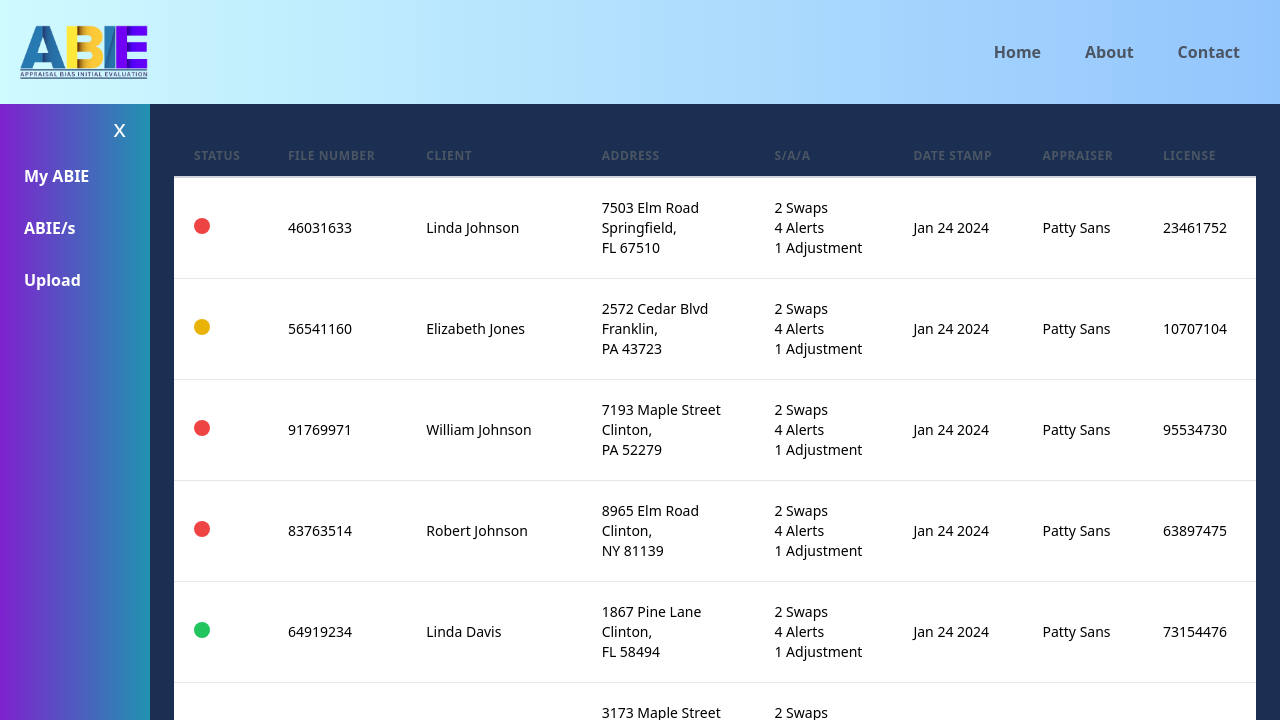
Repository: WafulaLukorito/Abie-frontend
Page: /dashboard
These files come from the project's save history. The page is drawn as it stood at one moment and after the next save; the edit follows.
The browser window is 1280 px wide. The pictures show the whole page.
An inner scrolling area shows only its first screen. The project was rebuilt for these pictures with package versions that can differ from the ones it lists, and the page was loaded fresh each time. Also part of the build but not shown: vite.config.js, src/components/Header/Button.jsx, src/components/Header/Links.jsx, src/components/Header/index.jsx, src/pages/Home.jsx, src/pages/About.jsx.

Above is the page before, as saved 2024-01-26 18:52:59.

After the next save:
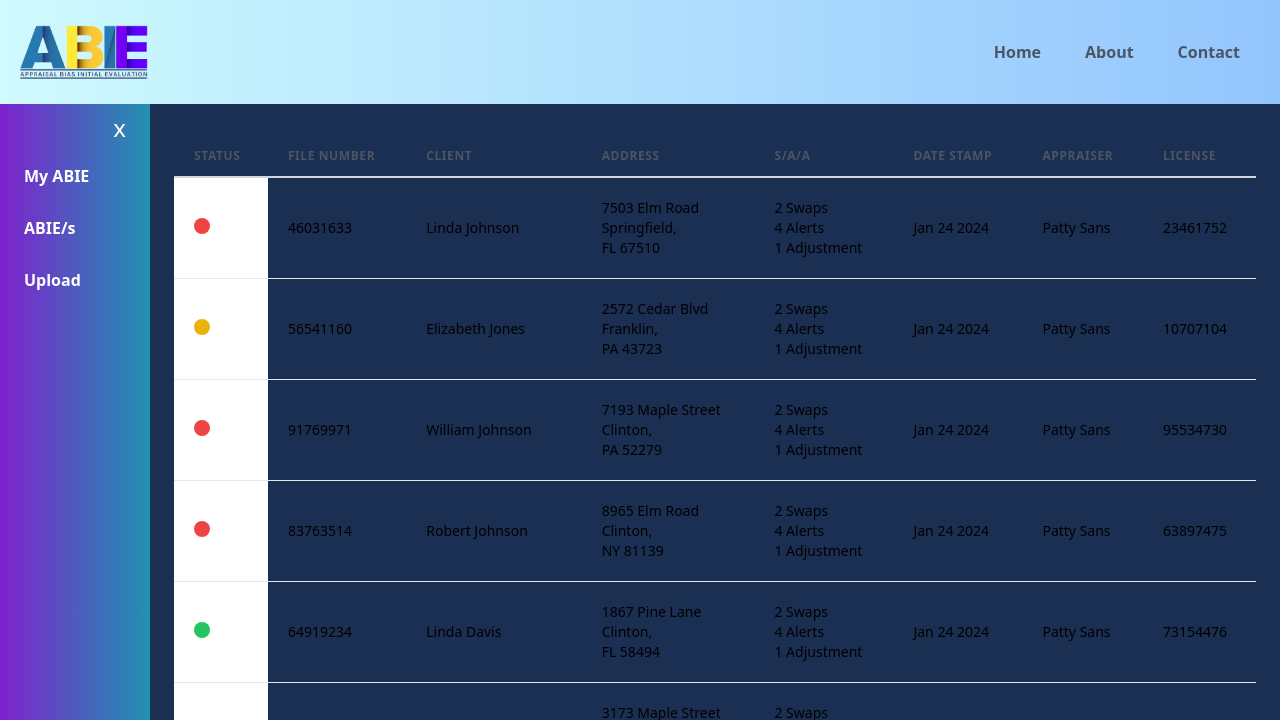
Saved 61 s later.
--- a/src/pages/Dashboard.jsx
+++ b/src/pages/Dashboard.jsx
@@ -38,16 +38,16 @@
                         <td className="px-5 py-5 border-b border-gray-200 bg-white text-sm">
                             <span className={`h-4 w-4 inline-block rounded-full ${item.color === 'red' ? 'bg-red-500' : item.color === 'green' ? 'bg-green-500' : 'bg-yellow-500'}`} />
                         </td>
-                                        <td className="px-5 py-5 border-b border-gray-200 bg-white text-sm">{item.file_num}</td>
-                                        <td className="px-5 py-5 border-b border-gray-200 bg-white text-sm">{item.client}</td>
-                                        <td className="px-5 py-5 border-b border-gray-200 bg-white text-sm">
+                                        <td className="px-5 py-5 border-b border-gray-200 text-sm">{item.file_num}</td>
+                                        <td className="px-5 py-5 border-b border-gray-200 text-sm">{item.client}</td>
+                                        <td className="px-5 py-5 border-b border-gray-200 text-sm">
                                             <div>{item.address.split('\n').map((line, idx) => <div key={idx}>{line}</div>)}</div>
                                         </td>
-                                        <td className="px-5 py-5 border-b border-gray-200 bg-white text-sm">
+                                        <td className="px-5 py-5 border-b border-gray-200 text-sm">
                                         <div>{item['S/A/A'].split('\n').map((line, idx) => <div key={idx}>{line}</div>)}</div></td>
-                                        <td className="px-5 py-5 border-b border-gray-200 bg-white text-sm">{item.date_stamp}</td>
-                                        <td className="px-5 py-5 border-b border-gray-200 bg-white text-sm">{item.appraiser}</td>
-                                        <td className="px-5 py-5 border-b border-gray-200 bg-white text-sm">{item.license}</td>
+                                        <td className="px-5 py-5 border-b border-gray-200 text-sm">{item.date_stamp}</td>
+                                        <td className="px-5 py-5 border-b border-gray-200 text-sm">{item.appraiser}</td>
+                                        <td className="px-5 py-5 border-b border-gray-200 text-sm">{item.license}</td>
                                     </tr>
                                 ))}
                             </tbody>
